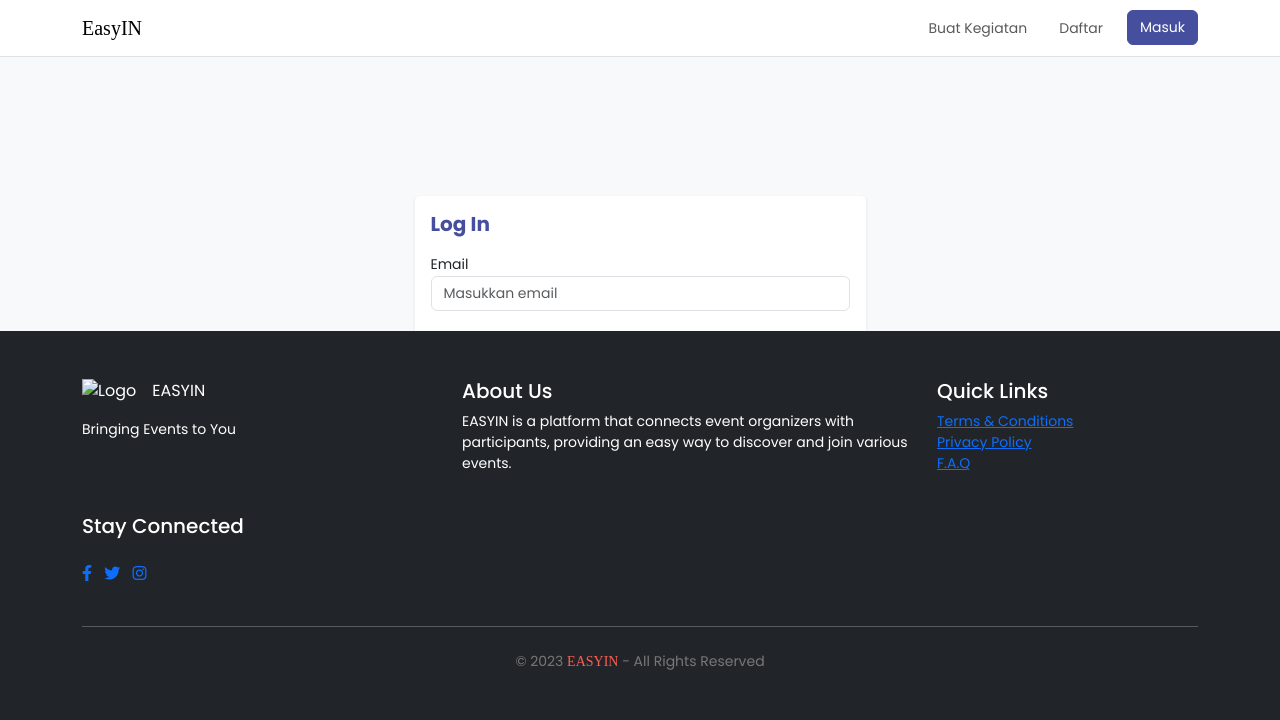
Repository: Imadaaa/Ticketing_Online
Page: http://localhost/login
An editor plug-in stored every save of this project. The page is shown before and after a run of saves, followed by the edit.
The browser window is 1280 px wide. The pictures show the whole page.
Some web fonts or font styles are not loaded; a fallback is used. The page is served by the project's Laravel application, run on PHP 8.4 with Laravel 10.

Above is the page before, as saved 2023-08-22 01:50:05.
Console error: ReferenceError: $ is not defined

After the next 5 saves:
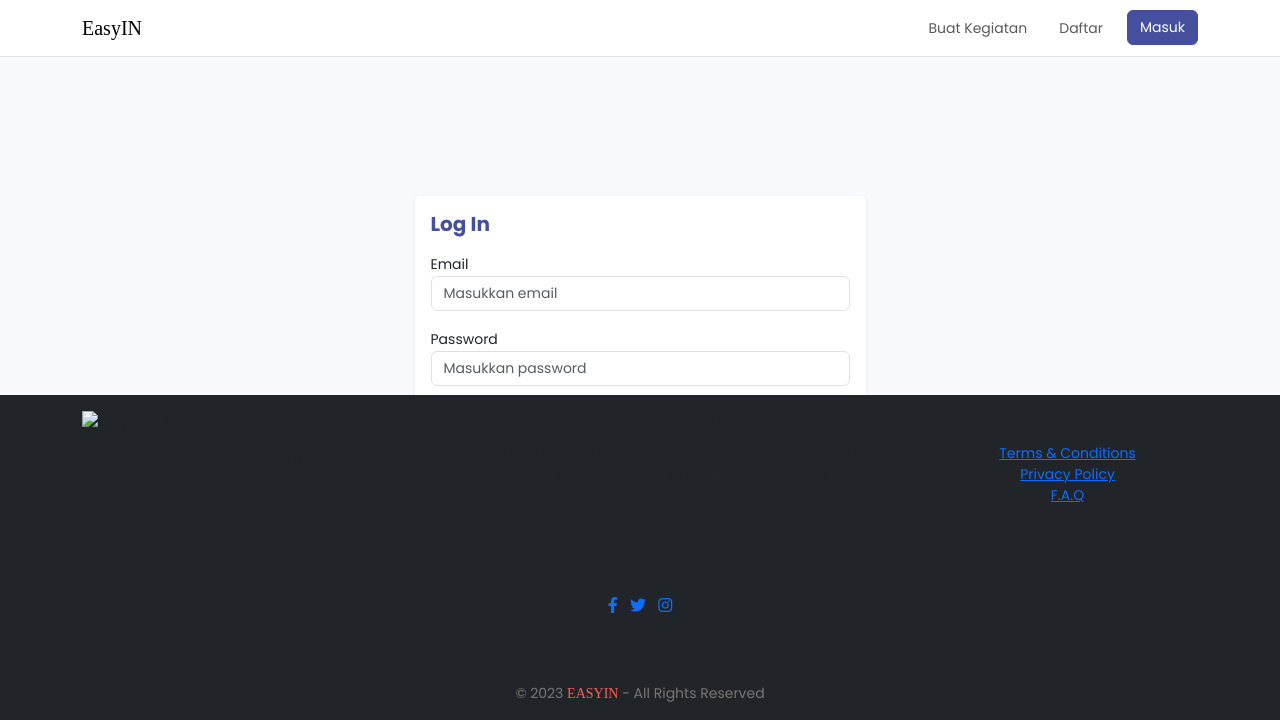
The 5 saves are shown as one change because they came seconds apart.
The last was saved 21 min 39 s later.
--- a/resources/views/template/landing-page/partials/_footer.blade.php
+++ b/resources/views/template/landing-page/partials/_footer.blade.php
@@ -1,4 +1,4 @@
-<footer class="bg-dark text-white py-5 {{ request()->is('login') || request()->is('register') ? 'footer-fixed' : '' }}">
+<footer class="bg-dark text-center py-3 {{ request()->is('login') || request()->is('register') ? 'footer-fixed' : '' }}">
     <div class="container slider">
         <div class="row">
             <div class="col-md-4">
